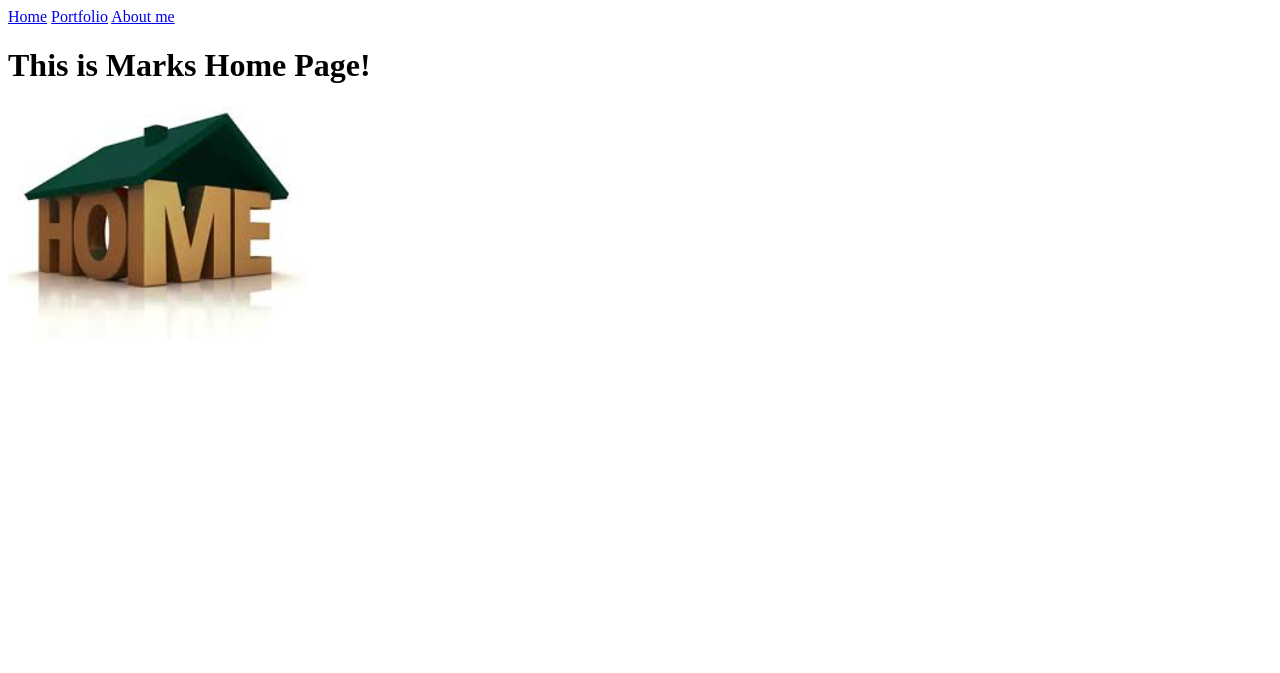
Repository: MOlivarez541/MOlivarez541.github.io
Page: my_website/index.html
The author's editor kept a record of every edit. The page is drawn from the files as they stood at one moment, then again after the next edit.
The browser window is 1280 px wide. The pictures show the whole page.

Above is the page before.

After the next edit:
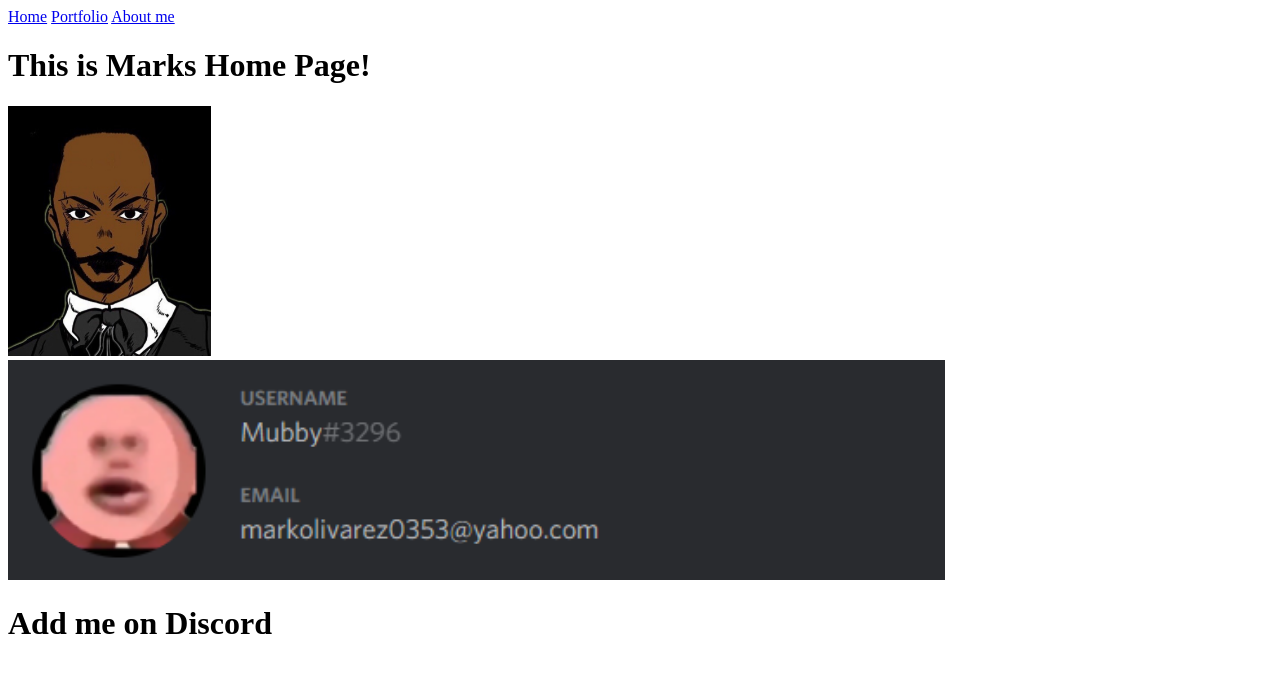
The edit:
--- a/my_website/index.html
+++ b/my_website/index.html
@@ -9,6 +9,9 @@
     <a href="portfolio.html">Portfolio</a>
     <a href="aboutme.html">About me</a>
     <h1>This is Marks Home Page!</h1>
-    <img src="images/home.jpg" height="250">
+    <img src="images/JOJORamsey.jpg" height="250">
+    <br>
+    <img src="images/discordProfile.jpg" height="220">
+    <h1>Add me on Discord</h1>
   </body>
 </html>
